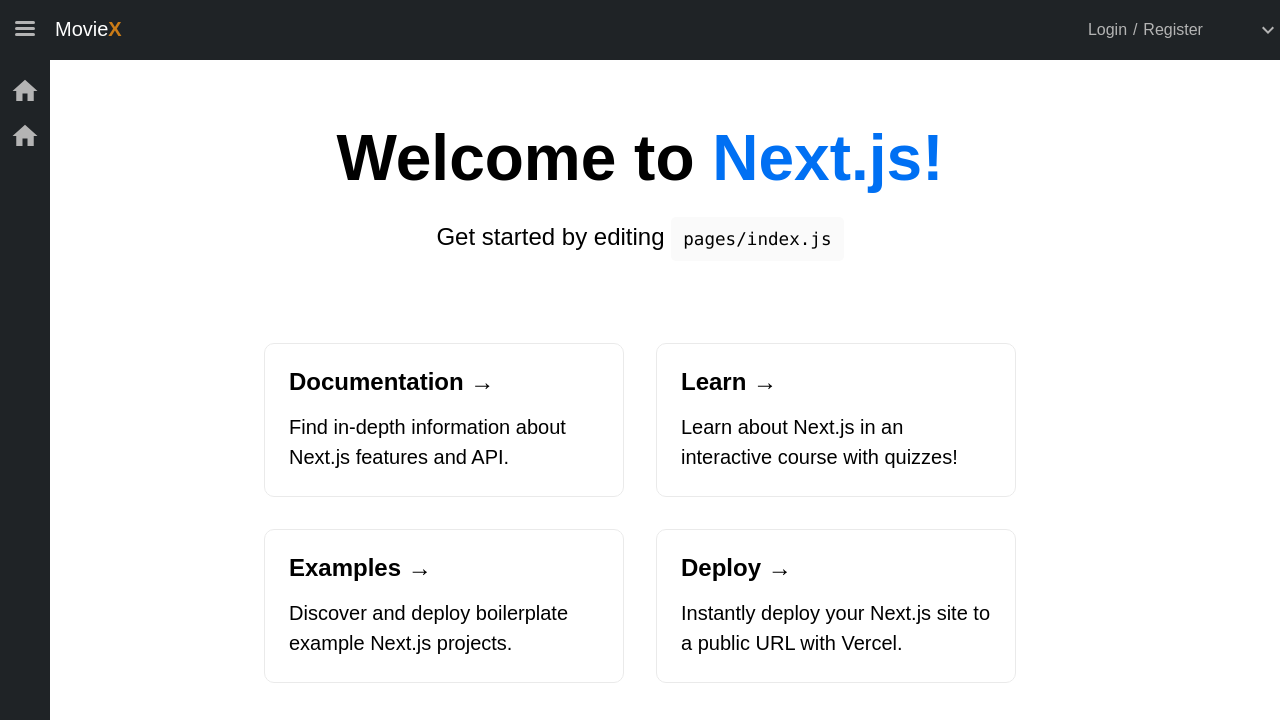
Repository: Amad-Mlinka/MovieTVBrowserNext
Page: /
The author's editor kept a copy of each file at every save. The page is drawn from the files as they stood at one save, then again after a run of saves.
The browser window is 1280 px wide. The pictures show the whole page.
An inner scrolling area shows only its first screen. The project was rebuilt for these pictures with package versions that can differ from the ones it lists, and the page was loaded fresh each time. The framework's server and built-in components were replaced by stand-ins that run in the browser. Also part of the build but not shown: next.config.js.

Above is the page before, as saved 2021-08-03 20:00:21.

### pages/_app.js
import Layout from '../components/layout/Layout'
import '../styles/globals.scss'


function MyApp({ Component, pageProps }) {
  return (
    <Layout>
      <Component {...pageProps} />
    </Layout>


  )
}

export default MyApp

### components/layout/Layout.tsx
import React from 'react'
import Header from "../header/Header"

const Layout = ({children}) => {
    return (
        <>
        <Header/>
        <main>
            {children}
        </main>
        </>

    )
}

export default Layout

### styles/globals.scss
html, body {
  overflow-x: hidden;
  height: 100%;
}
body {
  background: #fff;
  padding: 0;
  margin: 0;
  font-family: 'Varela Round', sans-serif;
}

a {
  color: inherit;
  text-decoration: none;
}

* {
  box-sizing: border-box;
}

### styles/Home.module.scss
.container {
  min-height: 100vh;
  padding: 0 0.5rem;
  display: flex;
  flex-direction: column;
  justify-content: center;
  align-items: center;
  height: 100vh;
}

.main {
  padding: 5rem 0;
  flex: 1;
  display: flex;
  flex-direction: column;
  justify-content: center;
  align-items: center;
}

.footer {
  width: 100%;
  height: 100px;
  border-top: 1px solid #eaeaea;
  display: flex;
  justify-content: center;
  align-items: center;
}

.footer a {
  display: flex;
  justify-content: center;
  align-items: center;
  flex-grow: 1;
}

.title a {
  color: #0070f3;
  text-decoration: none;
}

.title a:hover,
.title a:focus,
.title a:active {
  text-decoration: underline;
}

.title {
  margin: 0;
  line-height: 1.15;
  font-size: 4rem;
}

.title,
.description {
  text-align: center;
}

.description {
  line-height: 1.5;
  font-size: 1.5rem;
}

.code {
  background: #fafafa;
  border-radius: 5px;
  padding: 0.75rem;
  font-size: 1.1rem;
  font-family: Menlo, Monaco, Lucida Console, Liberation Mono, DejaVu Sans Mono,
    Bitstream Vera Sans Mono, Courier New, monospace;
}

.grid {
  display: flex;
  align-items: center;
  justify-content: center;
  flex-wrap: wrap;
  max-width: 800px;
  margin-top: 3rem;
}

.card {
  margin: 1rem;
  padding: 1.5rem;
  text-align: left;
  color: inherit;
  text-decoration: none;
  border: 1px solid #eaeaea;
  border-radius: 10px;
  transition: color 0.15s ease, border-color 0.15s ease;
  width: 45%;
}

.card:hover,
.card:focus,
.card:active {
  color: #0070f3;
  border-color: #0070f3;
}

.card h2 {
  margin: 0 0 1rem 0;
  font-size: 1.5rem;
}

.card p {
  margin: 0;
  font-size: 1.25rem;
  line-height: 1.5;
}

.logo {
  height: 1em;
  margin-left: 0.5rem;
}

@media (max-width: 600px) {
  .grid {
    width: 100%;
    flex-direction: column;
  }
}

### components/header/Header.tsx
/*Imports */
import React, { useState } from 'react'

/*Material components*/
import Avatar from '@material-ui/core/Avatar';

/*Icons*/
import KeyboardArrowDownIcon from '@material-ui/icons/KeyboardArrowDown';
import HomeIcon from '@material-ui/icons/Home';
import SearchIcon from '@material-ui/icons/Search';

/*Import Plugins*/
import $ from "jquery";

/*Styles*/
import headerStyles from "../../styles/Header.module.scss"




const Header = () => {
    const [hamburger, setHamburger] = useState(false)
    const hamburgerToggle = () => {
        setHamburger(!hamburger);

        $(`.${headerStyles.sidebar}`).addClass(`${headerStyles.sidebarActive}`)

    }
    return (
        <>
            <header className={headerStyles.header}>
                <div className={headerStyles.left}>
                    <div className={headerStyles.hamburgerLogo}>
                        <div className={headerStyles.hamburger} onClick={hamburgerToggle}>
                            <div className={`${headerStyles.spinner} ${headerStyles.diagonal} ${hamburger ? headerStyles.part1Active : ""}`}></div>
                            <div className={`${headerStyles.spinner} ${headerStyles.horizontal} ${hamburger ? headerStyles.horizontalActive : ""}`}></div>
                            <div className={`${headerStyles.spinner} ${headerStyles.diagonal} ${hamburger ? headerStyles.part2Active : ""}`}></div>
                        </div>
                        <div data-end="X" className={headerStyles.logo}>
                            <span>Movie</span>
                        </div>
                    </div>

                    <div className={headerStyles.search}>
                        <div className={headerStyles.searchContainer}>
                            <SearchIcon className={headerStyles.searchIcon} />
                            <input type="search" name="searchBar" className={headerStyles.searchBar} ></input>
                        </div>

                    </div>
                </div>
                <div className={headerStyles.right}>
                    <KeyboardArrowDownIcon className={headerStyles.expandButton} />
                    <div className={headerStyles.profile}>
                        <div className={`${headerStyles.loggedIn} ${headerStyles.dNone}`}>

                            <Avatar className={headerStyles.avatar} alt="Amad Mlinaric"> AM </Avatar>
                        </div>
                        <div className={`${headerStyles.notLoggedIn}`}>
                            <div className={headerStyles.loginRegister}>
                                <div className={headerStyles.login}>
                                    <span>Login</span>
                                </div>
                                <span>/</span>
                                <div className={headerStyles.register}>
                                    <span>Register</span>
                                </div>
                            </div>
                        </div>
                    </div>
                </div>

            </header>
            <div className={`${headerStyles.sidebar} ${hamburger ? headerStyles.sidebarActive : ""}`}>

                <div className={headerStyles.sidebarMenu}>
                    <ul className={`${headerStyles.sidebarList}`}>
                        <li className={headerStyles.sidebarLink}>
                            <HomeIcon className={headerStyles.sidebarIcon} />
                            <span className= {`${headerStyles.sidebarText}  ${hamburger ? headerStyles.sidebarTextActive : ""}`}>Text 123</span>
                        </li>
                        <li className={headerStyles.sidebarLink}>
                            <HomeIcon className={headerStyles.sidebarIcon} />
                        </li>
                    </ul>
                </div>

            </div>

        </>

    )
}

export default Header

### styles/Header.module.scss
@import "variables.scss";
@import "general.scss";
//***************************Header***************************//

.header {
    display: flex;
    flex-direction: row;
    justify-content: space-between;
    position: relative;
    top: 0;
    left: 0;
    width: 100%;
    background: $base-color;
    height: 60px;
}
.header {
    display: flex;
    flex-direction: row;
    justify-content: space-between;
    position: relative;
    top: 0;
    left: 0;
    width: 100%;
    background: $base-color;
    height: 60px;
}
.left {
    display: flex;
    flex-direction: row;
    width: 50%;
    justify-content: flex-start;
    align-items: center;
    height: 100%;
}
.hamburgerLogo {
    display: flex;
    flex-direction: row;
}
.hamburger {
    box-sizing: border-box;
    cursor: pointer;
    z-index: 99;
    height: 25px;
    width: 25px;
    margin: 0px 15px;
}
.spinner {
    box-sizing: border-box;
    position: absolute;
    height: 3px;
    width: 20px;
    background-color: #b4b4b4;
    border-radius: 5px;
    margin-top: 3px;
}
.horizontal {
    box-sizing: border-box;
    position: relative;
    transition: all ease-out 0.3s;
}
.horizontalActive{
    display: none;
}
.diagonal {
    box-sizing: border-box;
    position: relative;
    transition: all ease-out 0.3s;
}
.part1Active{
    transform: rotate(
        45deg
        );
        top: 4px;

}
.part2Active{
    transform: rotate(
        315deg
        );
    bottom: 2px;
}
.logo {
    &::after {
        content: "X";
        color: $secondary-color;
        font-weight: bolder;
        font-size: 20px;
    }
    span{
        display: none;
    }
    font-size: 20px;
    color: white;

}
.search {
    position: absolute;
    left: 0;
    top: 60px;
    background: $base-color;
    width: 100%;
    display: flex;
    flex-direction: column;
    justify-content: center;
    align-items: center;

}
.searchContainer{
    width: 80%;
    display: none;
}
.searchIcon {
    position: absolute;
    margin: 10px 15px;
    color: #b4b4b4;
    height: 20px;
}

.searchBar {
    width: 100%;
    background: #303437;
    border: 0;
    height: 40px;
    border-radius: 5px;
    padding-left: 45px;
    caret-color: black;
    transition: background 0.3s ease-in-out;
    margin-bottom: 20px;
    &:focus {
        background: white;
        outline: none;
    }
}
.right{
    height: 100%;
    display: flex;
    flex-direction: row-reverse;
    align-items: center;
    width: 50%;
}
.expandButton{
    font-size: 40px;
    color: $tertiary-color;

}
.profile{
    display: flex;
    flex-direction: row;
    justify-content:flex-start;
   .loggedIn{
       display: flex;
   }
    .notLoggedIn{
        .loginRegister{
            display: flex;
            flex-direction: row;
            justify-content: space-between;
            color: #b4b4b4;
            width: 115px;
            margin-right: 10px;
        }

    }
}

@include breakpoint(min-tablet){


    .header {
        display: flex;
        flex-direction: row;
        justify-content: space-between;
        position: relative;
        top: 0;
        left: 0;
        width: 100%;
        background: $base-color;
        height: 60px;
    }
    .left {
        display: flex;
        flex-direction: row;
        width: 50%;
        justify-content: flex-start;
        align-items: center;
        height: 100%;
    }
    .logo {
        font-size: 20px;
        color: white;
        span{
            display: inline;
        }
        &::after {
            content: attr(data-end);
            color: $secondary-color;
            font-weight: bolder;
        }
    }
    .search {
        position: relative;
        margin-left: 10px;
        top: 0;
        left: 0;
    }

    .expandButton{
        display: none;
    }
    .searchIcon {
        position: absolute;
        margin: 10px 15px;
        color: #b4b4b4;
        height: 20px;
    }

    .searchBar {
        width: 250px;
        background: #303437;
        border: 0;
        height: 40px;
        border-radius: 5px;
        padding-left: 45px;
        caret-color: black;
        transition: background 0.3s ease-in-out;
        margin: 0;
        &:focus {
            background: white;
            outline: none;
        }
    }
    .right{
        height: 100%;
        display: flex;
        flex-direction: row-reverse;
        align-items: center;
        width: 50%;
    }
    .profile{
        display: flex;
        flex-direction: row;
        width: 33%;
        justify-content: center;
        .loggedIn{
            .avatar{
                margin-left: 45px;
            }
        }
        .notLoggedIn{
            .loginRegister{
                display: flex;
                flex-direction: row;
                justify-content: space-between;
                color: #b4b4b4;
                width: 115px;
            }

        }
    }


}

//****************************/Header/***************************//
//***************************Sidebar***************************//

.sidebar{
    position: fixed;
    width: 50px;
    height: 100%;
    transition: width .5s;
    background: $base-color;
    display: flex;
    flex-direction: column;
    overflow: hidden;
}
.sidebarActive{
    width: 350px;
}

.sidebarList{
    list-style-type: none;
    padding: 0;
    width: 100%;

    .sidebarLink{
        margin-top: 15px;
        display: flex;
        align-items: center;
    }
    .sidebarText{
        margin-left: 20px;
        color: $tertiary-color;
        width: 100px;
        transition: all .5s;
        display: none;
        max-height: 19px;

    }
    .sidebarTextActive{
        display: block;

    }
    svg{
        color: $tertiary-color;
        font-size: 30px;
        margin-left: 10px;

    }
}

### styles/variables.scss
$base-color:#1f2326;
$secondary-color:#cb7c17;
$tertiary-color:#b4b4b4;

@mixin breakpoint($point) {
    @if $point == min-desktop {
      @media (min-width: 993px) { @content ; }
   }
    @else if $point == min-laptop {
      @media (min-width: 769px) { @content ; }
   }
     @else if $point == min-tablet {
      @media (min-width: 593px) { @content ; }
   }
   @else if $point == min-mobile {
      @media (min-width: 0px)  { @content ; }

   }@else if $point == max-desktop {
      @media (max-width: 1200px) { @content ; }

   }@else if $point == max-laptop {
      @media (max-width: 992px) { @content ; }
   }
     @else if $point == max-tablet {
      @media (max-width: 768px) { @content ; }
   }
   @else if $point == max-mobile {
      @media (max-width: 592px)  { @content ; }

   }
 }

### styles/general.scss
.dNone{
    display: none !important;
}
.dBlock{
    display: block !important;
}

Loaded but not shown: pages/index.js (common file)

After the next 2 saves:
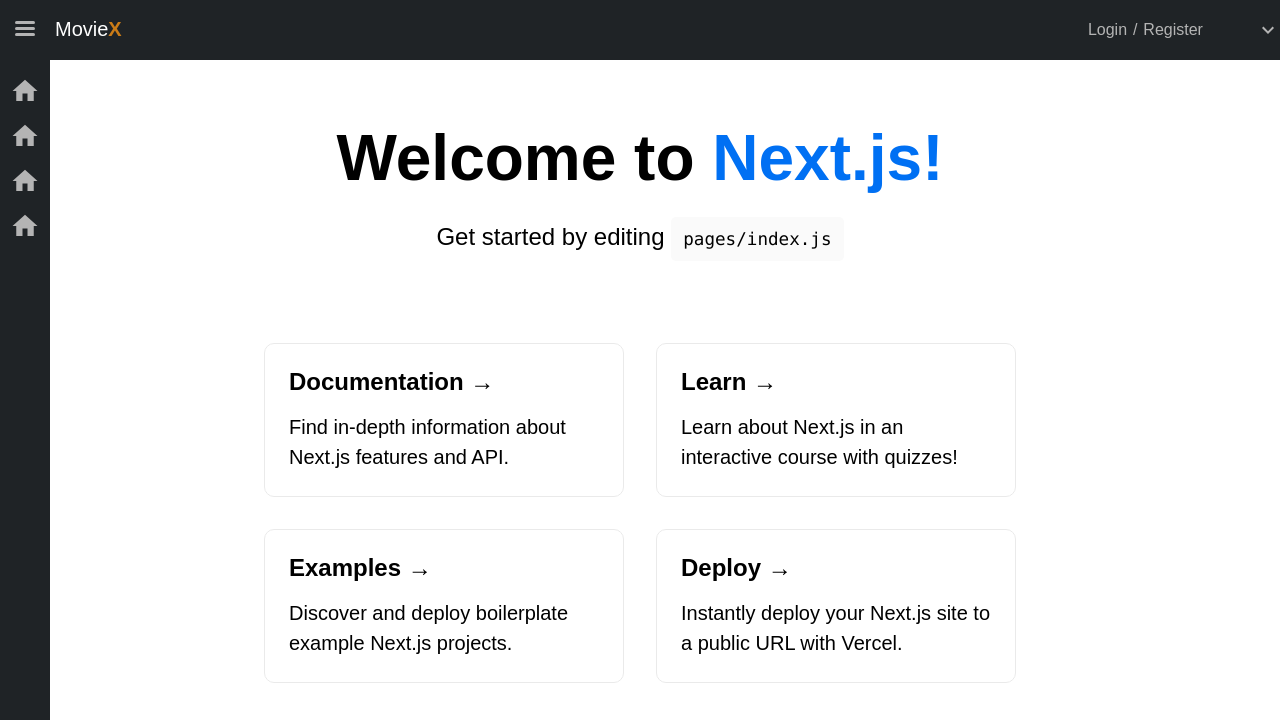
The 2 saves are shown as one change because they came seconds apart.
The last was saved 10 min 33 s later.
--- a/components/header/Header.tsx
+++ b/components/header/Header.tsx
@@ -77,10 +77,19 @@
                     <ul className={`${headerStyles.sidebarList}`}>
                         <li className={headerStyles.sidebarLink}>
                             <HomeIcon className={headerStyles.sidebarIcon} />
-                            <span className= {`${headerStyles.sidebarText}  ${hamburger ? headerStyles.sidebarTextActive : ""}`}>Text 123</span>
+                            <span className= {`${headerStyles.sidebarText}  ${hamburger ? headerStyles.sidebarTextActive : ""}`}>Home</span>
                         </li>
                         <li className={headerStyles.sidebarLink}>
                             <HomeIcon className={headerStyles.sidebarIcon} />
+                            <span className= {`${headerStyles.sidebarText}  ${hamburger ? headerStyles.sidebarTextActive : ""}`}>Movies</span>
+                        </li>
+                        <li className={headerStyles.sidebarLink}>
+                            <HomeIcon className={headerStyles.sidebarIcon} />
+                            <span className= {`${headerStyles.sidebarText}  ${hamburger ? headerStyles.sidebarTextActive : ""}`}>TV Shows</span>
+                        </li>
+                        <li className={headerStyles.sidebarLink}>
+                            <HomeIcon className={headerStyles.sidebarIcon} />
+                            <span className= {`${headerStyles.sidebarText}  ${hamburger ? headerStyles.sidebarTextActive : ""}`}>Languages</span>
                         </li>
                     </ul>
                 </div>
